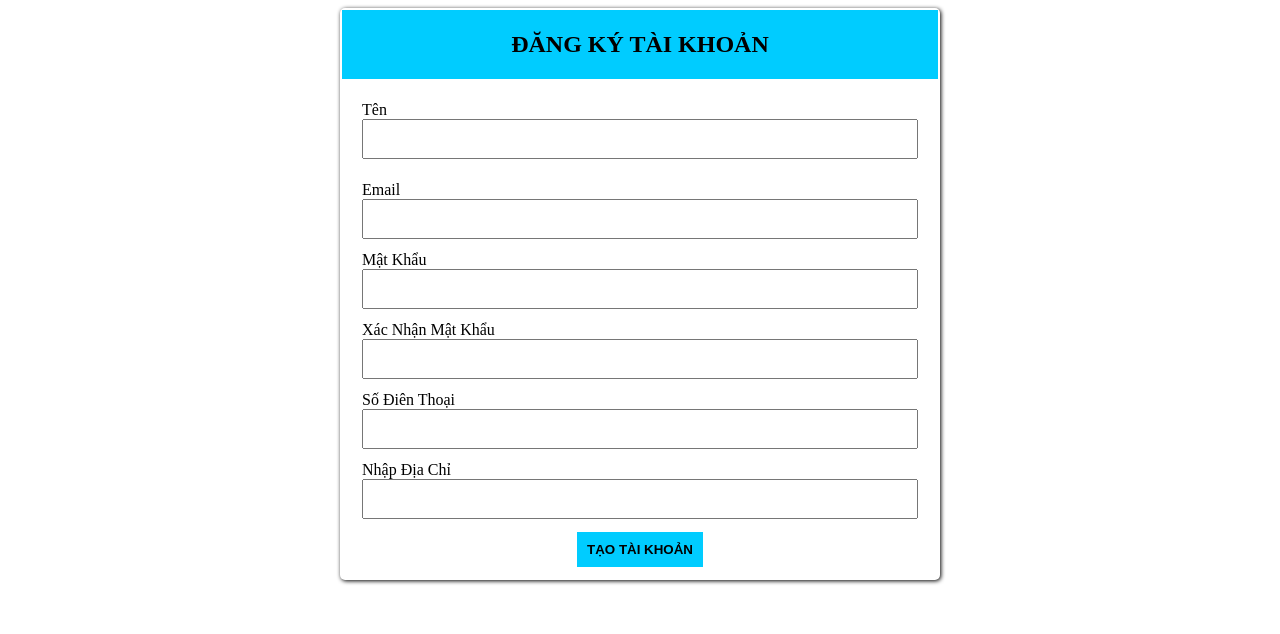
Repository: Tan-Khang21/TH_TKW--Buoi_04
Page: Bai_Tap_Ve_Nha/Bai_01/form7.html
The author's editor kept a copy of each file at every save. The page is drawn from the files as they stood at one save, then again after the next save.
The browser window is 1280 px wide. The pictures show the whole page.

Above is the page before, as saved 2024-03-07 16:14:34.

After the next save:
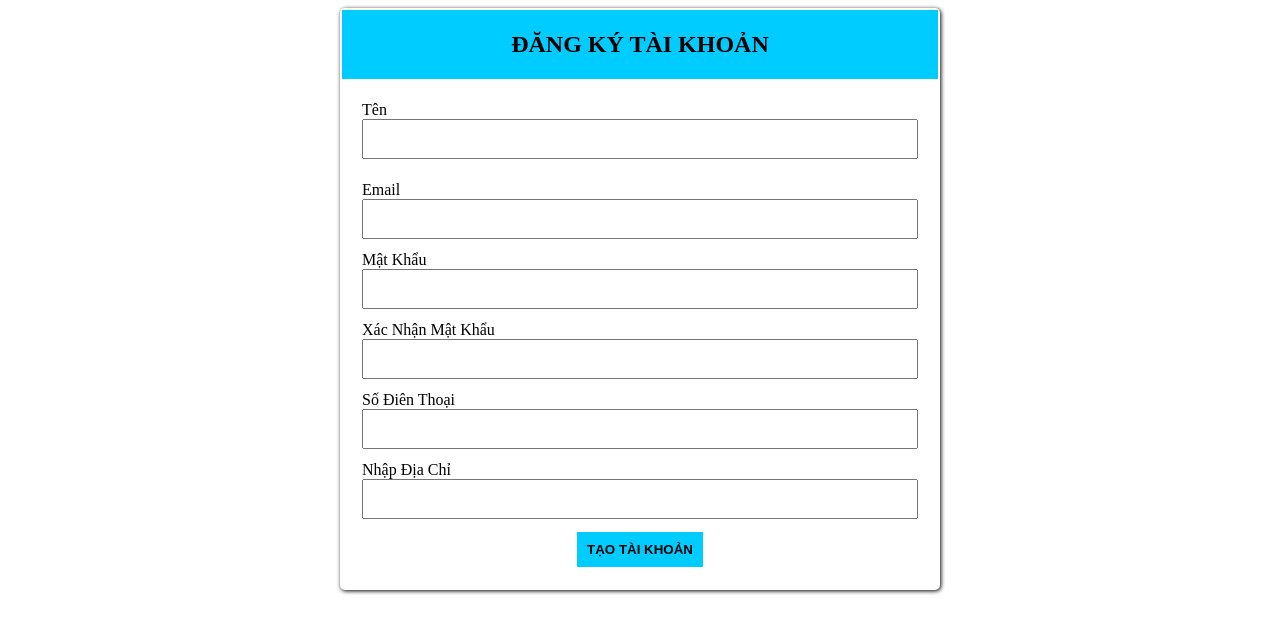
Saved 16 s later.
--- a/Bai_Tap_Ve_Nha/Bai_01/form7.html
+++ b/Bai_Tap_Ve_Nha/Bai_01/form7.html
@@ -76,7 +76,7 @@
 
         <tr>
             <th>
-                <input style="background-color: #00ccff;border: none; margin-bottom: 10px; text-transform: uppercase; padding: 10px; font-weight: bold;" type="submit" value="Tạo Tài Khoản">
+                <input style="background-color: #00ccff;border: none; margin-bottom: 20px; text-transform: uppercase; padding: 10px; font-weight: bold;" type="submit" value="Tạo Tài Khoản">
             </th>
 
         </tr>
